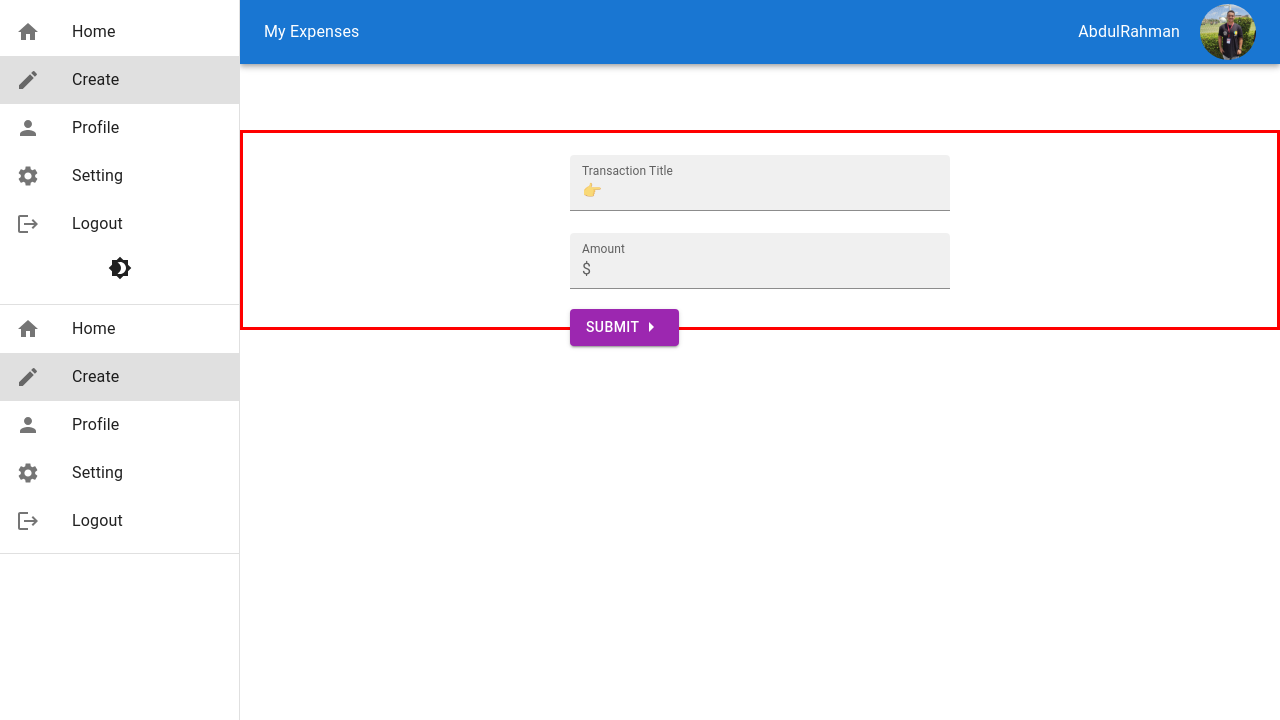
Repository: abdulrahmanmahmood/Expenses-APP
Page: /create
An editor plug-in stored every save of this project. The page is shown before and after the next save, followed by the edit.
The browser window is 1280 px wide. The pictures show the whole page.
The project was rebuilt for these pictures with package versions that can differ from the ones it lists, and the page was loaded fresh each time. Also part of the build but not shown: src/App.css, src/App.js. Imported but missing from the stored project, and not drawn on this page: src/pages/home/Home.

Above is the page before, as saved 2023-10-03 21:31:16.

### public/index.html
<!DOCTYPE html>
<html lang="en">

<head>
  <meta charset="utf-8" />
  <meta name="viewport" content="width=device-width, initial-scale=1" />
  <meta name="theme-color" content="#000000" />
  <meta name="description" content="Web site created using create-react-app" />
  <link rel="stylesheet" href="https://fonts.googleapis.com/icon?family=Material+Icons" />



  <title>React App</title>
</head>

<body>
  <div id="root"></div>

</body>

</html>

### src/index.js
import React, { useState } from "react";
import ReactDOM from "react-dom/client";
import "./index.css";
import App from "./App";
import {
  createBrowserRouter,
  createRoutesFromElements,
  Route,
  RouterProvider,
} from "react-router-dom";
import Root from "./pages/Root";
import Home from "./pages/home/Home";
import Create from "./pages/create/Create";


const router = createBrowserRouter(
  createRoutesFromElements(
    <Route path="/" element={<Root />}>

      <Route index="/" element={<Home />} />
      <Route path="create" element={<Create />} />



      {/* ... etc. */}

    </Route>
  )
);


ReactDOM.createRoot(document.getElementById("root")).render(
  <React.StrictMode>


    <RouterProvider router={router} />

  </React.StrictMode>
);

### src/index.css
body {
  margin: 0;
  font-family: -apple-system, BlinkMacSystemFont, 'Segoe UI', 'Roboto', 'Oxygen',
    'Ubuntu', 'Cantarell', 'Fira Sans', 'Droid Sans', 'Helvetica Neue',
    sans-serif;
  -webkit-font-smoothing: antialiased;
  -moz-osx-font-smoothing: grayscale;
}

code {
  font-family: source-code-pro, Menlo, Monaco, Consolas, 'Courier New',
    monospace;
}

.border{
  border: 3px red solid;
  height: 200px;
}

### src/pages/Root.jsx
import { Box, CssBaseline, ThemeProvider, createTheme } from "@mui/material";
import React, { useState } from "react";
import { Outlet } from "react-router-dom";
import Appbar from "../MUI-components/Appbar";
import Drawerr from "../MUI-components/Drawer";
import { grey } from "@mui/material/colors";
import getDesignTokens from "../style/theme";

function Root() {
  const drawerWidth = 240;
  const Ltheme = localStorage.getItem("theme")
    ? localStorage.getItem("theme")
    : "light";
  const [mode, setmoode] = useState(Ltheme);
  const [drawerView, setdrawerView] = useState("none");
  const [DrawerType, setDrawerType] = useState("permanent");
  const showDrawer = () => {
    if (drawerView === "none") {
      setdrawerView("block");
      setDrawerType("temporary");
    }
  };
  const hideDrawer = () => {
    setdrawerView("none");
    setDrawerType("permanent");
  };
  const theme = React.useMemo(() => createTheme(getDesignTokens(mode)), [mode]);


  return (
    <ThemeProvider theme={theme}>
      <CssBaseline />
      <div>
        <Appbar
          drawerWidth={drawerWidth}
          showDrawer={showDrawer}
          drawerView={drawerView}
          setDrawerType={setDrawerType}
        />
        <Drawerr
          drawerWidth={drawerWidth}
          setmoode={setmoode}
          drawerView={drawerView}
          DrawerType={DrawerType}
          hideDrawer={hideDrawer}
        />
        <Box
          component="main"
          className="border"
          sx={{
            ml: { sm: `${drawerWidth}px` },
            width: { xs: "100%", sm: `calc(100% - ${drawerWidth}px)` },
            display: "flex",
            justifyContent: "center",
            mt: "66px",
          }}
        >
          <Outlet />
        </Box>
      </div>
    </ThemeProvider>
  );
}

export default Root;

### src/pages/create/Create.jsx
import { Box, Button, InputAdornment, TextField, styled } from "@mui/material";
import "./Create.css";
import { purple } from "@mui/material/colors";
import { ArrowRight } from "@mui/icons-material";

function Create() {
  const ColorButton = styled(Button)(({ theme }) => ({
    color: theme.palette.getContrastText(purple[500]),
    backgroundColor: purple[500],
    '&:hover': {
      backgroundColor: purple[700],
    },
  }));
  return (
    <div>
      <Box component="form"  sx={{ width: "380px" }}>
        <TextField
          fullWidth={true}
          label="Transaction Title"
          sx={{mt:"22px", display:"block"}}
          InputProps={{
            startAdornment: <InputAdornment position="start">👉</InputAdornment>,
          }}
          variant="filled"
        />
          <TextField
          fullWidth={true}
          label="Amount"
          sx={{mt:"22px", display:"block"}}
          InputProps={{
            startAdornment: <InputAdornment position="start">$</InputAdornment>,
          }}
          variant="filled"
        />
        <ColorButton sx={{mt:"20px"}} variant="contained">
          Submit <ArrowRight/>
        </ColorButton>
      </Box>
    </div>
  );
}

export default Create;

### src/MUI-components/Appbar.jsx
import {
  AppBar,
  Avatar,
  Toolbar,
  Typography,
  Link,
  IconButton,
} from "@mui/material";
import React from "react";
import acpcImage from "../../src/assets/images/acpc.jpg";
import { Menu } from "@mui/icons-material";

const Appbar = ({ showDrawer }) => {
  const drawerWidth = 240;

  return (
    <AppBar
      position="static"
      sx={{
        ml: { xs: 0, sm: `${drawerWidth}px` },
        width: { xs: "100%", sm: `calc(100% - ${drawerWidth}px)` },
      }}
    >
      <Toolbar>
        <IconButton
          sx={{ display: { sm: "none" }, mr: "30px" }}
          onClick={() => {
            showDrawer();
          }}
        >
          <Menu />
        </IconButton>
        <Link
          sx={{
            flexGrow: 1,
            textDecoration: "none",
            "&:hover": { fontSize: "16.5px" },
          }}
          href="/"
          color="inherit"
        >
          My Expenses
        </Link>
        <Typography color="inherit" variant="body1" sx={{ mr: "20px" }}>
          AbdulRahman
        </Typography>
        <Avatar alt="" src={acpcImage} sx={{ width: 56, height: 56 }} />
      </Toolbar>
    </AppBar>
  );
};

export default Appbar;

### src/MUI-components/Drawer.jsx
import {
  Divider,
  Drawer,
  IconButton,
  List,
  ListItem,
  ListItemButton,
  ListItemIcon,
  ListItemText,
} from "@mui/material";
import Brightness7Icon from "@mui/icons-material/Brightness7";
import Brightness4Icon from "@mui/icons-material/Brightness4";

import { Create, Home, Logout, Person, Settings } from "@mui/icons-material";
import { Link, useLocation, useNavigate } from "react-router-dom";
import { useTheme } from "@emotion/react";

const Drawerr = ({
  drawerWidth,
  setmoode,
  drawerView,
  DrawerType,
  hideDrawer,
}) => {
  const theme = useTheme();
  const navigate = useNavigate();
  const location = useLocation();
  const myList = [
    {
      text: "Home",
      icon: <Home />,
      path: "/",
    },
    {
      text: "Create",
      icon: <Create />,
      path: "/create",
    },
    {
      text: "Profile",
      icon: <Person />,
      path: "",
    },
    {
      text: "Setting",
      icon: <Settings />,
      path: "",
    },
    {
      text: "Logout",
      icon: <Logout />,
      path: "",
    },
  ];
  return (
    <Drawer
      sx={{
        width: `${drawerWidth}px`,
        flexShrink: 0,
        "& .MuiDrawer-paper": {
          width: `${drawerWidth}px`,
          boxSizing: "border-box",
          display: { xs: drawerView, sm: "block" },
        },
      }}
      open={true}
      variant={DrawerType}
      anchor="left"
      onClose={() => {
        hideDrawer();
      }}
    >
      <List>
        {myList.map((item)=>(
                  <ListItem disablePadding
                  sx={{
                    bgcolor:
                      location.pathname === item.path
                        ? theme.palette.favColor.main
                        : null,
                  }}
                  >
                  <ListItemButton>
                    <ListItemIcon>
                    {item.icon}
                    </ListItemIcon>
                    <ListItemText primary={item.text} />
                  </ListItemButton>
                </ListItem>
        ))}
        <ListItem disablePadding sx={{ mr: "auto", ml: "auto", mb: "16px" }}>
          <IconButton
            sx={{ mr: "auto", ml: "auto" }}
            onClick={() => {
              if (theme.palette.mode === "dark") {
                setmoode("light");
                localStorage.setItem("theme", "light");
              } else {
                setmoode("dark");
                localStorage.setItem("theme", "dark");
              }
            }}
            color="inherit"
          >
            {theme.palette.mode === "dark" ? (
              <Brightness7Icon />
            ) : (
              <Brightness4Icon />
            )}
          </IconButton>
        </ListItem>
        <Divider />

        <Link to="/" style={{ textDecoration: "none", color: "inherit" }}>
          <ListItem
            disablePadding
            sx={{
              bgcolor:
                location.pathname === "/" ? theme.palette.favColor.main : null,
            }}
          >
            <ListItemButton>
              <ListItemIcon>
                <Home />
              </ListItemIcon>
              <ListItemText primary="Home" />
            </ListItemButton>
          </ListItem>
        </Link>

        <ListItem
          disablePadding
          sx={{
            bgcolor:
              location.pathname === "/create"
                ? theme.palette.favColor.main
                : null,
          }}
        >
          <ListItemButton onClick={() => navigate("/create")}>
            <ListItemIcon>
              <Create />
            </ListItemIcon>
            <ListItemText primary="Create" />
          </ListItemButton>
        </ListItem>

        <ListItem disablePadding>
          <ListItemButton>
            <ListItemIcon>
              <Person />
            </ListItemIcon>
            <ListItemText primary="Profile" />
          </ListItemButton>
        </ListItem>

        <ListItem disablePadding>
          <ListItemButton>
            <ListItemIcon>
              <Settings />
            </ListItemIcon>
            <ListItemText primary="Setting" />
          </ListItemButton>
        </ListItem>

        <ListItem disablePadding>
          <ListItemButton>
            <ListItemIcon>
              <Logout />
            </ListItemIcon>
            <ListItemText primary="Logout" />
          </ListItemButton>
        </ListItem>
      </List>

      <Divider />
    </Drawer>
  );
};

export default Drawerr;

### src/style/theme.jsx
import { grey } from "@mui/material/colors";

const getDesignTokens = (mode) => ({
  palette: {
    mode,
    ...(mode === "light"
      ? {
          // palette values for light mode
          ali: {
            main: "#64748B",
          },
          favColor: {
            main: grey[300],
          },
        }
      : {
          // palette values for dark mode

          favColor: {
            main: grey[800],
          },
        }),
  },
});

export default getDesignTokens;

Loaded but not shown: src/pages/create/Create.css (no stored copy; drawn as an empty file)

After the next save:
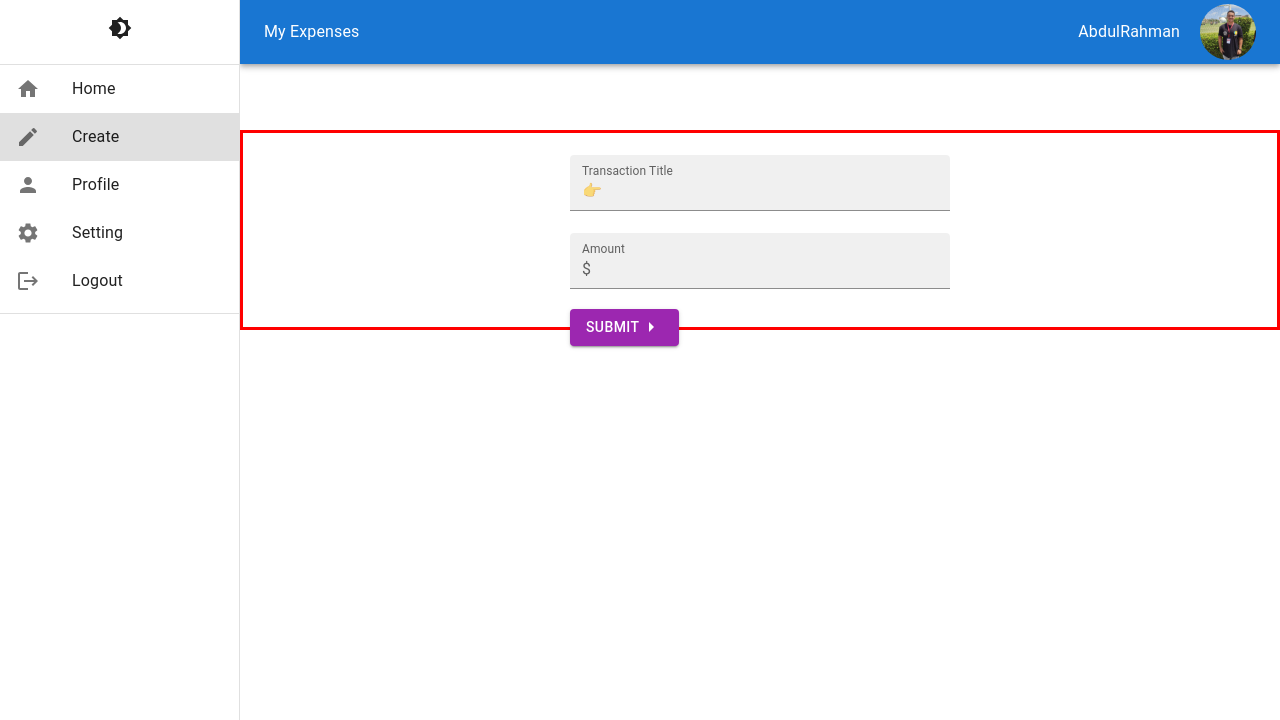
Saved 54 s later.
--- a/src/MUI-components/Drawer.jsx
+++ b/src/MUI-components/Drawer.jsx
@@ -71,23 +71,7 @@ const Drawerr = ({
       }}
     >
       <List>
-        {myList.map((item)=>(
-                  <ListItem disablePadding
-                  sx={{
-                    bgcolor:
-                      location.pathname === item.path
-                        ? theme.palette.favColor.main
-                        : null,
-                  }}
-                  >
-                  <ListItemButton>
-                    <ListItemIcon>
-                    {item.icon}
-                    </ListItemIcon>
-                    <ListItemText primary={item.text} />
-                  </ListItemButton>
-                </ListItem>
-        ))}
+
         <ListItem disablePadding sx={{ mr: "auto", ml: "auto", mb: "16px" }}>
           <IconButton
             sx={{ mr: "auto", ml: "auto" }}
